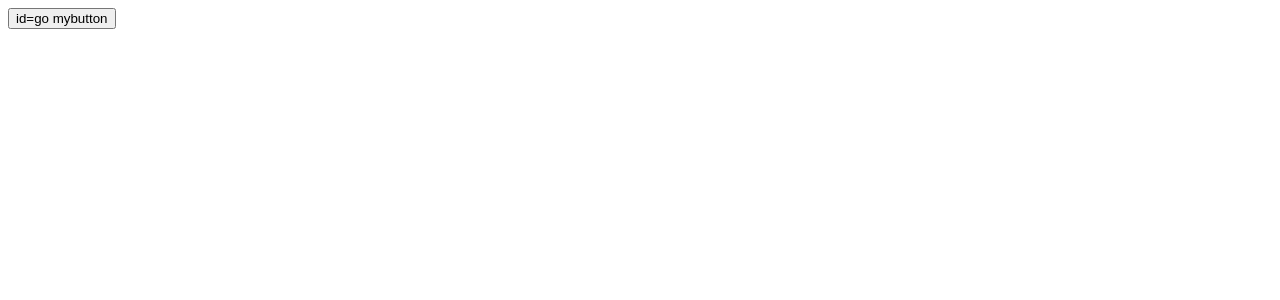
Repository: alexmaddux99/Lab3
Page: index.html
These files come from the project's save history. The page is drawn as it stood at one moment and after the next save; the edit follows.
The browser window is 1280 px wide. The pictures show the whole page.

Above is the page before, as saved 2022-02-15 12:52:22.
Console error: TypeError: Cannot set properties of null (setting 'onclick')

### index.html
<!DOCTYPE html>
<html lang="en">
<head>
    <meta charset="UTF-8">
    <meta http-equiv="X-UA-Compatible" content="IE=edge">
    <meta name="viewport" content="width=device-width, initial-scale=1.0">
    <title>Document</title>
</head>
<body>

    <button> id=go mybutton </button>
    <script defer>
        const mynum= 5;

        if(mynum > 10){
            console.log(mynum, "mynum is greater than zero");
        } else if (mynum === 5) {
            console.log(`${mynum}  is 5`);
        } else if (mynum == "green") {
            console.log("mynum is something not 5 and less than 10");
        }

        console.log("code after condition");
        console.log();

        if ((mynum >= 10) || (mynum <= 5)) {

        }

        const button = document.getElementById('go')
        if (!button) {
            console.log("we have no button");
            button.onclick = ()=>{
                alert('hello');
            }
        }
    </script>
</body>
</html>

After the next save:
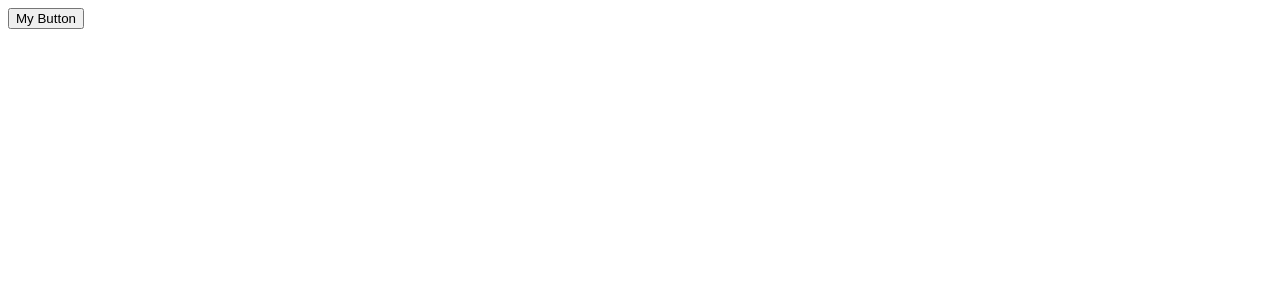
The error is gone.
Saved 41 s later.
--- a/index.html
+++ b/index.html
@@ -8,7 +8,7 @@
 </head>
 <body>
 
-    <button> id=go mybutton </button>
+    <button id="go">My Button</button>
     <script defer>
         const mynum= 5;
 
